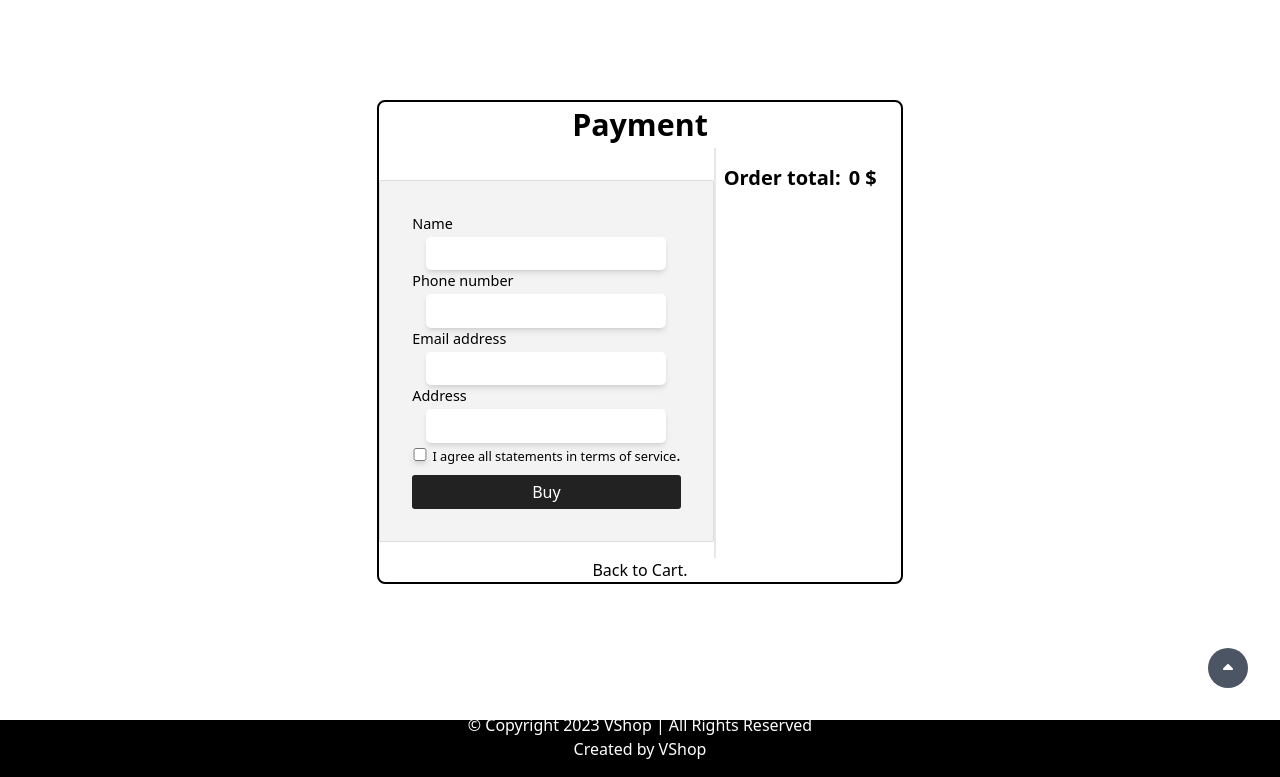
Repository: Kith933UTH/VSHOP
Page: /payment
An editor plug-in stored every save of this project. The page is shown before and after the next save, followed by the edit.
The browser window is 1280 px wide. The pictures show the whole page.
Pictures or frames that could not be fetched are drawn as grey boxes. The project was rebuilt for these pictures with package versions that can differ from the ones it lists, and the page was loaded fresh each time. Also part of the build but not shown: src/components/product-item/ProductItem.js, src/components/loader/Loader.js, src/constants/constants.js, src/components/product-filters/Category.js, src/components/product-filters/Price.js, src/components/product-filters/Rating.js, src/components/product-filters/ProductFilters.js, src/components/cart-shopping/CartEmpty.js and 20 more.

Above is the page before, as saved 2023-08-04 22:04:41.

### public/index.html
<!DOCTYPE html>
<html lang="en">
  <head>
    <meta charset="utf-8" />
    <link rel="icon" href="./logo.png" />
    <meta name="viewport" content="width=device-width, initial-scale=1" />
    <meta name="theme-color" content="#000000" />
    <meta
      name="description"
      content="Web site created using create-react-app"
    />
    <link rel="apple-touch-icon" href="%PUBLIC_URL%/logo192.png" />
    <!--
      manifest.json provides metadata used when your web app is installed on a
      user's mobile device or desktop. See https://developers.google.com/web/fundamentals/web-app-manifest/
    -->
    <link rel="manifest" href="%PUBLIC_URL%/manifest.json" />
    <!--
      Notice the use of %PUBLIC_URL% in the tags above.
      It will be replaced with the URL of the `public` folder during the build.
      Only files inside the `public` folder can be referenced from the HTML.

      Unlike "/favicon.ico" or "favicon.ico", "%PUBLIC_URL%/favicon.ico" will
      work correctly both with client-side routing and a non-root public URL.
      Learn how to configure a non-root public URL by running `npm run build`.
    -->
    <title>VShop</title>
  </head>
  <body>
    <noscript>You need to enable JavaScript to run this app.</noscript>
    <div id="root"></div>
  </body>
</html>

### src/index.js
import React from 'react'
import ReactDOM from 'react-dom/client'
import App from './App'
import {Provider} from "react-redux"
import {BrowserRouter} from "react-router-dom"
import {store} from "./redux"
import './index.css'

const root = ReactDOM.createRoot(document.getElementById('root'))
root.render(
    <Provider store={store}>
        <BrowserRouter>
            <App />
        </BrowserRouter>
    </Provider>
)

### src/redux/index.js
import {configureStore} from "@reduxjs/toolkit"
import {productsApi} from "./products/products.api"
import {productReducer} from "./products/products.slice"
import {setupListeners} from "@reduxjs/toolkit/query"

export const store = configureStore({
    reducer: {
        [productsApi.reducerPath]: productsApi.reducer,
        product: productReducer
    },
    middleware: getDefaultMiddleware => getDefaultMiddleware().concat(productsApi.middleware)
})

setupListeners(store.dispatch)

### src/index.css
@tailwind base;
@tailwind components;
@tailwind utilities;

@layer utilities {
    input[type="number"]::-webkit-inner-spin-button,
    input[type="number"]::-webkit-outer-spin-button {
        @apply appearance-none;
    }
}

html, body {
    width: 100%;
    height: 100%;
}

body::-webkit-scrollbar,
.box-item::-webkit-scrollbar,
.search-box::-webkit-scrollbar{
    width: 8px;
}

main {
    display: flex;
    flex-direction: column;
    height: 100%;
}

body::-webkit-scrollbar-thumb,
.box-item::-webkit-scrollbar-thumb,
.search-box::-webkit-scrollbar-thumb{
    background-color: #ccc;
    border-radius: 20px;
}

#root {
    height: 100%;
}

body {
    overflow: hidden;
}

.productItem:hover {
    transition: opacity .3s linear;
    opacity: .5;
}

.box-item {
    height: 320px;
    overflow-y: scroll;
}

/* Loader */
.loader-box {
    width: 100px;
    height: 100px;
    display: flex;
    justify-content: center;
    align-items: center;
    margin: 50px auto 0;
}

.loader{
    position: relative;
    width: 70px;
    height: 70px;
}

.loader span {
    position: absolute;
    top:0;
    left: 0;
    width: 100%;
    height: 100%;
    transform: rotate(calc(18deg * var(--i)));
}

.loader span::before {
    content:'';
    position: absolute;
    top: 0;
    left: 0;
    width: 10px;
    height: 10px;
    background: #000;
    border-radius: 50%;
    transform: scale(0);
    animation: animate 2s linear infinite;
    animation-delay: calc(0.1s * var(--i));
}
@keyframes animate {
    0%{
        transform: scale(0);
    }
    10%{
        transform: scale(1.2);
    }
    80%,100%{
        transform: scale(0);
    }
}

### src/context/context.js
import {createContext} from "react"

export const Context = createContext()

### src/components/footer/Footer.js
import React from "react"
import { Contact } from "../contact/Contact"
import { Policy } from "../policy/Policy"
export function Footer() {
    return (
        <footer className='bg-black text-white in-h-fit'>
            {/* <div className='max-w-[1240px] mx-auto py-2 text-sm sm:text-base'>
                <div className='flex justify-center'>
                    <a href='https://github.com/VolodymyrGoshko/react-shop'
                       target='_blank'
                       rel="noreferrer"
                       className='capitalize border-b mb-3 text-base hover:text-gray-300 transition'
                    >
                        view source code on github
                    </a>
                </div>
                <div className='flex justify-center flex-col items-center'>
                    <p className='text-center'>© Copyright 2022 React Shop | All Rights Reserved</p>
                    <a href='https://www.linkedin.com/in/volodymyr-goshko-656ab920b/'
                       target="_blank"
                       rel="noreferrer"
                       className='hover:text-gray-300 transition'
                    >
                        Created by Volodymyr Goshko
                    </a>
                </div>
            </div> */}
            <Contact />
            <Policy />
            <div className='flex justify-center flex-col items-center my-4'>
                    <p className='text-center'>© Copyright 2023 VShop | All Rights Reserved</p>
                    <a href='#' className='hover:text-gray-300 transition' >
                        Created by VShop
                    </a>
                </div>
        </footer>
    )
}

### src/components/btn-scroll/BtnScroll.js
import React from "react"
import {FontAwesomeIcon} from "@fortawesome/react-fontawesome"
import {faCaretUp} from "@fortawesome/free-solid-svg-icons"

export function BtnScroll() {
    const topClick = () => {
        const body = document.querySelector('body').getBoundingClientRect().top + window.scrollY
        window.scroll({
            top: body,
            behavior: 'smooth'
        })
    }

    return (
        <button
            className='fixed bottom-8 right-4 bg-gray-600 text-white rounded-full w-[30px] h-[30px] md:w-[40px] md:h-[40px] md:right-8 md:bottom-8 z-20 shadow-gray-600'
            onClick={topClick}
        >
            <FontAwesomeIcon icon={faCaretUp}/>
        </button>
    )
}

### src/components/payment/Payment.js
import React from "react"
import {useDispatch, useSelector} from "react-redux"
import { Link } from "react-router-dom"
import { CartItemPayment } from "./CartItemPayment"
export function Payment({login}) {
    const {cart, btnCart} = useSelector(state => state.product)
    const totalPrice = () => {
        let price = 0
        cart.forEach(item => price += item.price * item.quantity)
        return Math.round(price * 0.9 * 100) / 100
    }
    return (
        <div className="register-page text-center m-5-auto flex justify-center">
            <div className="border-2 rounded-lg border-black w-max h-fit">
            <h2>Payment</h2>
            <div className="flex flex-row justify-center">
                <form className="border-none bg-none m-0" action="/success">
                    <p>
                        <label>Name</label><br/>
                        <input className='shadow-md' type="text" name="name" required />
                    </p>
                    <p>
                        <label>Phone number</label><br/>
                        <input className='shadow-md' type="tel" name="tel" required />
                    </p>
                    <p>
                        <label>Email address</label><br/>
                        <input className='shadow-md' type="email" name="email" required />
                    </p>
                    <p>
                        <label>Address</label><br/>
                        <input className='shadow-md'  type="text" name="address" required />
                    </p>
                    <p className='mb-2'>
                        <input className='shadow-md' type="checkbox" name="checkbox" id="checkbox" required /> <span>I agree all statements in <a href="https://google.com" target="_blank" rel="noopener noreferrer">terms of service</a></span>.
                    </p>
                    <p>
                        <button id="sub_btn" type="submit">Buy</button>
                    </p>
                </form>
                <div className={`border-l-2 px-2 ${cart.length > 2 ? 'box-item' : ''}`}>
                    {cart.map(item => <CartItemPayment key={item.id} item={item}/>)}
                    <div className='flex justify-center sm:justify-end pt-4'>
                        <div className='w-fit rounded-xl flex flex-col justify-between items-center sm:flex-row'>
                            <div className='mr-0 sm:mr-4 font-semibold'>
                                <span className='mr-2 text-base sm:text-xl'>Order total:</span>
                                <span className='text-base sm:text-xl'>{totalPrice()} $</span>
                            </div>
                        </div>
                    </div>
                </div>
            </div>
            <footer>
                <p><Link to="/">Back to Cart</Link>.</p>
            </footer>
            </div>
        </div>
    )
}

### src/redux/products/products.api.js
import {createApi, fetchBaseQuery} from "@reduxjs/toolkit/query/react"

export const productsApi = createApi({
    reducerPath: 'products/api',
    baseQuery: fetchBaseQuery({
        baseUrl: 'https://fakestoreapi.com'
    }),
    // refetchOnFocus: true,
    endpoints: build => ({
        getProductsAll: build.query({
            query:() => ({
                url: '/products'
            })
        }),
        getProductById: build.query({
            query:(id) => ({
                url: `/products/${id}`
            })
        }),
        getProductByCategory: build.query({
            query:(category) => ({
                url: `/products/category/${category}`
            })
        })
    })
})

export const {
    useGetProductsAllQuery,
    useGetProductByIdQuery,
    useGetProductByCategoryQuery
} = productsApi

### src/redux/products/products.slice.js
import {createSlice} from "@reduxjs/toolkit"

const productsSlice = createSlice({
    name: 'products',
    initialState: {
        cart: [],
        btnCart: null,
        filters: {},
        search: false,
        searchFilterProducts: null
    },
    reducers: {
        clearCart(state, action) {
            state.cart = state.cart.slice(0, action.payload)
        },
        addProductToCart(state, action) {
            state.cart.push({...action.payload, quantity: 1})
        },
        incrementProductInCart(state, action) {
            const item = state.cart.find(item => item.id === action.payload)
            item.quantity++
        },
        decrementProductInCart(state, action) {
            const item = state.cart.find(item => item.id === action.payload)
            if (item.quantity === 1) {
                item.quantity = 1
            } else {
                item.quantity--
            }
        },
        toggleBtnCart(state, action) {
            state.btnCart = action.payload
        },
        removeItemFromCart(state, action) {
            state.cart = state.cart.filter(el => el.id !== action.payload)
        },
        filtersProductsByCategory(state, action) {
            state.filters = action.payload
        },
        toggleSearchForm(state, action) {
            state.search = action.payload
        },
        setSearchFilterProducts(state, action) {
            state.searchFilterProducts = action.payload
        }
    },
})

export const productReducer = productsSlice.reducer
export const {
    clearCart,
    addProductToCart,
    incrementProductInCart,
    decrementProductInCart,
    toggleBtnCart,
    removeItemFromCart,
    filtersProductsByCategory,
    toggleSearchForm,
    setSearchFilterProducts
} = productsSlice.actions

### src/components/policy/Policy.js
import React from "react"
import { Link } from "react-router-dom"
export function Policy() {
    return (
        <div className='text-white in-h-fit max-w-[1240px] mx-auto py-2 text-sm sm:text-base flex justify-around items-cente'>
            <Link className='text-lg font-medium text-center' to='/return-policy'>
                RETURN POLICIES
            </Link>
            <Link className='text-lg font-medium text-center' to='/warranty-policy'>
                WARRANTY POLICIES
            </Link>
            <Link className='text-lg font-medium text-center' to='/shipping-policy'>
                SHIPPING POLICIES
            </Link>
        </div>
    )
}

### src/components/login/index.css
/* .m-5-auto {
    margin: 5rem auto
} */

.primary-button {
    margin-top: 5rem;
    margin-right: 1rem;
    padding: .6rem;
    width: 10rem;
    background: #222;
    border: none;
    color: #fff;
    font-size: 1.2rem;
    transition: all .5s;
    cursor: pointer;
    text-transform: capitalize
}

/***    Landing Page     ***/
.main-title,
.main-para {
    color: #f1f1f1
}

.main-title {
    padding-top: 10rem;
    font-size: 5rem;
    font-family: 'Fascinate', cursive;
    text-transform: uppercase
}

.main-para {
    font-size: 2.5rem;
    text-Transform: capitalize
}

#reg_btn span {
    display: inline-block;
    position: relative;
    transition: 0.5s;
}

#reg_btn span:after {
    content: '\00bb';
    position: absolute;
    opacity: 0;
    top: 0;
    right: -20px;
    transition: 0.5s;
}

#reg_btn:hover span {
  padding-right: 25px;
}

#reg_btn:hover span:after {
  opacity: 1;
  right: 0;
}

/***    Login Page     ***/
.login-page h2 {
    font-weight: 700;
    font-size: 1.9rem;
}
.login-page {
    position: fixed;
    top: 0;
    left: 0;
    right: 0;
    bottom: 0;
    z-index: 10;
    background-color: white;
    padding-top: 100px;
}

.login-page form {
    display: inline-block;
    background: #f3f3f3;
    border: 1px solid #ddd;
    border-radius: 2px;
    padding: 2rem;
    margin: 2rem 0 1rem 0
}

.login-page form label {
    float: left;
    font-size: .9rem;
    margin: 0;
    padding: 0
}

.right-label {
    float: right;
    cursor: pointer
}

.login-page input {
    width: 15rem;
    padding: .3rem;
    border-radius: 5px;
    outline: none;
    border: none
}

#sub_btn {
    display: block;
    width: 100%;
    padding: .3rem;
    border: none;
    background: #222;
    color: #fff;
    border-radius: 3px;
}

#sub_btn:hover {
    background: #333;
    transition: all .5s
}

/* footer p {
    margin: 0;
    font-size: .9rem
} */

/***    Register Page     ***/
#checkbox {
    width: 1rem
}

form span {
    font-size: .8rem
}

#reset_pass_lbl {
    float: left
}

/***    Home Page     ***/
.home-page-title {
    color: #222
}


.register-page input {
    width: 15rem;
    padding: .3rem;
    border-radius: 5px;
    outline: none;
    border: none
}

.register-page h2 {
    font-weight: 700;
    font-size: 1.9rem;
}
.register-page {
    position: fixed;
    top: 0;
    left: 0;
    right: 0;
    bottom: 0;
    z-index: 10;
    background-color: white;
    padding-top: 100px;
}

.register-page form {
    display: inline-block;
    background: #f3f3f3;
    border: 1px solid #ddd;
    border-radius: 2px;
    padding: 2rem;
    margin: 2rem 0 1rem 0
}

.register-page form label {
    float: left;
    font-size: .9rem;
    margin: 0;
    padding: 0
}

### src/components/contact/index.css
.contact-section {
    /* height: 96vh; */
    width: 100%;
    border-bottom: 1px solid #999;
}

.form-area {
    position: relative;
    /* height:84vh; */
    width: 100%;
    background: black;
    -webkit-box-sizing: border-box;
    box-sizing: border-box;
}

.form-area .form-wrap {
    /* position: absolute; */
    /* left: 50%;
    -webkit-transform: translateX(-50%);
    -ms-transform: translateX(-50%);
    transform: translateX(-50%); */
    width: 1120px;
    background-color: white;
    background-size: cover;
    background-position: center;
    border-radius: 0.2rem;
    -webkit-box-sizing: border-box;
    box-sizing: border-box;
    -webkit-box-shadow: 0 0 0.4rem 0 #999;
    box-shadow: 0 0 0.4rem 0 #999;
}

.form-wrap .title {
    padding-top: 2.4rem;
    width: 100%;
    -webkit-box-sizing: border-box;
    box-sizing: border-box;
}

.form-wrap .title h1 {
    color: black;
    font-size: 2.6rem;
    text-align: center;
}

.form-wrap .contact-area {
    padding-top: 3rem;
    display: -webkit-box;
    display: -ms-flexbox;
    display: flex;
    width: 100%;
    height: auto;
    -webkit-box-sizing: border-box;
    box-sizing: border-box;
}

.contact-area .contact-info {
    display: flex;
    flex-direction: column;
    justify-content: center;
    align-items: center;
    width: 35%;
    height: 100%;
    margin-left: 6rem;
}

.contact-info>div {
    margin-bottom: 1rem;
    display: -webkit-box;
    display: -ms-flexbox;
    display: flex;
    -webkit-box-align: center;
    -ms-flex-align: center;
    align-items: center;
}

.contact-info>div>p {
    color: #333;
    font-size: 1.4rem;
    font-weight: 500;
    text-align: center;
}

.contact-info>div>span {
    color: #61790a;
    font-size: 2rem;
    margin-right: 0.8rem;
}

.contact-area .contact-form {
    display: -webkit-box;
    display: -ms-flexbox;
    display: flex;
    -webkit-box-orient: vertical;
    -webkit-box-direction: normal;
    -ms-flex-direction: column;
    flex-direction: column;
    width: 60%;
    height: auto;
    padding: 0 3rem;
    -webkit-box-sizing: border-box;
    box-sizing: border-box;
}

.contact-form .name-field {
    display: -webkit-box;
    display: -ms-flexbox;
    display: flex;
    -webkit-box-pack: justify;
    -ms-flex-pack: justify;
    justify-content: space-between;
}

.name-field .input-area {
    width: 48%;
}

.contact-form .input-area {
    position: relative;
    margin-bottom: 2rem;
}

.input-area input {
    height: 3rem;
    width: 100%;
    color: #333;
    font-size: 1.2rem;
    border: 2px solid #fff;
    border-radius: 0.2rem;
    /* background: #eff; */
    -webkit-box-shadow: 0 0 0.1rem #666;
    box-shadow: 0 0 0.1rem #666;
    outline: none;
    padding: 0 1rem;
    -webkit-box-sizing: border-box;
    box-sizing: border-box;
    -webkit-transition: all 0.3s ease;
    -o-transition: all 0.3s ease;
    transition: all 0.3s ease;
}

.input-area label {
    position: absolute;
    top: 50%;
    left: 1rem;
    -webkit-transform: translateY(-50%);
    -ms-transform: translateY(-50%);
    transform: translateY(-50%);
    color: #333;
    font-size: 1.2rem;
    font-weight: 500;
    -webkit-transition: all 0.3s ease;
    -o-transition: all 0.3s ease;
    transition: all 0.3s ease;
}

.input-area input:focus~label,
.input-area input:valid~label {
    top: -0.8rem;
    left: 0;
    color: #fff;
    background: #111;
    border-radius: 5px;
    padding: 0.2rem;
    font-size: 1rem;
}

.contact-form .message-area {
    position: relative;
    -webkit-box-flex: 1;
    -ms-flex: 1 1 auto;
    flex: 1 1 auto;
    height: 200px;
    width: 100%;
}

.message-area textarea {
    height: 100%;
    width: 100%;
    border: 2px solid #fff;
    outline: none;
    font-size: 1.2rem;
    padding: 1rem;
    color: #333;
    -webkit-box-sizing: border-box;
    box-sizing: border-box;
    -webkit-box-shadow: 0 0 0.1rem #666;
    box-shadow: 0 0 0.1rem #666;
    border-radius: 0.2rem;
    resize: vertical;
    -webkit-transition: all 0.3s ease;
    -o-transition: all 0.3s ease;
    transition: all 0.3s ease;
}

.message-area label {
    position: absolute;
    color: #333;
    font-weight: 500;
    font-size: 1.2rem;
    top: 1rem;
    left: 1rem;
    -webkit-transition: all 0.3s ease;
    -o-transition: all 0.3s ease;
    transition: all 0.3s ease;
}

.message-area textarea:focus~label,
.message-area textarea:valid~label {
    top: -1.6rem;
    left: 0;
    color: #fff;
    padding: 0.2rem;
    background: #111;
    font-size: 1rem;
}

.contact-form .btn {
    margin-top: 1.8rem;
}

.contact-form .btn button {
    height: 3.2rem;
    width: 8rem;
    border: none;
    outline: none;
    color: #fff;
    font-size: 1.2rem;
    background: black;
    border-radius: 0.1rem;
    cursor: pointer;
}

#contact.menu-active {
    padding-top: 2rem;
}

### src/components/contact/reponsive.css
@media screen and (min-width: 940px) and (max-width: 1360px) {
    /* .contact-section {
        height: 107vh;
    } */
    .form-area .form-wrap {
        width: 90%;
        height: 620px;
    }
}

@media screen and (max-width: 1040px) {
    .contact-area .contact-info {
        margin-left: 0;
        display: flex;
        flex-direction: column;
        justify-content: center;
        align-items: center;
    }

    .contact-area .contact-form {
        padding: 0 1.8rem;
    }

}



@media screen and (max-width: 940px) {
    /* .contact-section {
        height: 148vh;
    } */

    .form-area .form-wrap {
        padding-bottom: 3.6rem;
        width: 80%;
        height: auto;
    }

    .form-wrap .contact-area {
        -webkit-box-orient: vertical;
        -webkit-box-direction: normal;
        -ms-flex-direction: column;
        flex-direction: column;
        -webkit-box-pack: center;
        -ms-flex-pack: center;
        justify-content: center;
    }

    .contact-area .contact-info {
        width: 100%;
    }

    .contact-area .contact-form {
        width: 100%;
        padding: 1rem 4rem 0 4rem;
    }
}

/*
@media screen and (max-width: 836px) {
    .contact-section {
        min-height: 96vh;
    }
} */

@media screen and (max-width: 770px) {
    .contact-section {
        height: 1100px;
    }

    .form-area .form-wrap {
        width: 88%;
        height: auto;
    }
}

@media screen and (max-width: 680px) {
    .contact-section {
        height: 1100px;
    }


    .form-area .form-wrap {
        /* top: -82%; */
        width: 88%;
        height: auto;
    }

}


@media screen and (max-width: 490px) {
    .contact-section {
        height: 1100px;
    }

    .contact-area .contact-info {
        width: 88%;
        margin-left: 1.2rem;
    }

    .form-area .form-wrap {
        /* top: -82%; */
        width: 88%;
        height: auto;
    }

    .contact-info>div>p {
        font-size: 1.2rem;
    }

    .contact-area .contact-form {
        margin-top: 1.4rem;
        padding: 0 1.2rem;
    }

}

@media screen and (max-width: 390px) {
    .contact-section {
        height: 1130px;
    }

    .contact-area .contact-info {
        width: 80%;
        /* margin-left: 1.2rem; */
    }

    .form-area .form-wrap {
        width: 90%;
        height: auto;
    }

    .contact-info>div>p {
        font-size: 1.2rem;
    }

    .contact-area .contact-form {
        width: 100%;
        padding: 1rem 1rem 0 1rem;
    }
}


@media screen and (max-width: 340px) {
    .contact-section {
        height: 980px;
    }

    .form-area .form-wrap {
        top: -86%;
        width: 96%;
    }

    .contact-area  {
        width: 100%;
    }

    .contact-area .contact-info {
        width: 100%;
        margin-left: 1rem;
    }

    .form-wrap .title h1 {
        font-size: 2rem;
    }

    .contact-info>h2 {
        font-size: 1.6rem;
    }

    .contact-info>div>p {
        font-size: 1rem;
    }

    .contact-info>div>span {
        font-size: 1.2rem;
    }

    .input-area label {
        font-size: 1rem;
    }

    .message-area label {
        font-size: 1rem;
    }

}

Loaded but not shown: tailwind.config.js (common file); src/components/contact/Contact.js (66 lines, source omitted); src/App.js (43 lines, source omitted)

After the next save:
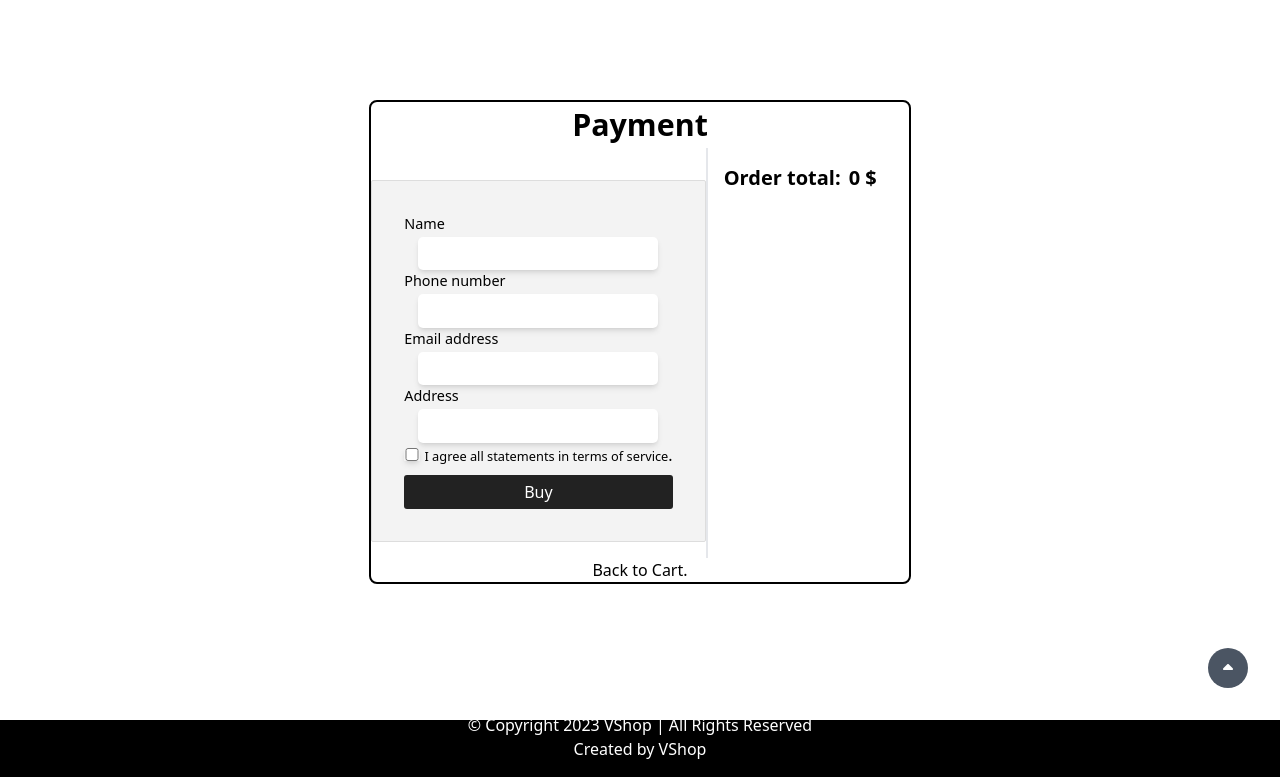
Saved 11 s later.
--- a/src/components/payment/Payment.js
+++ b/src/components/payment/Payment.js
@@ -38,7 +38,7 @@ export function Payment({login}) {
                         <button id="sub_btn" type="submit">Buy</button>
                     </p>
                 </form>
-                <div className={`border-l-2 px-2 ${cart.length > 2 ? 'box-item' : ''}`}>
+                <div className={`border-l-2 px-4 ${cart.length > 2 ? 'box-item' : ''}`}>
                     {cart.map(item => <CartItemPayment key={item.id} item={item}/>)}
                     <div className='flex justify-center sm:justify-end pt-4'>
                         <div className='w-fit rounded-xl flex flex-col justify-between items-center sm:flex-row'>
